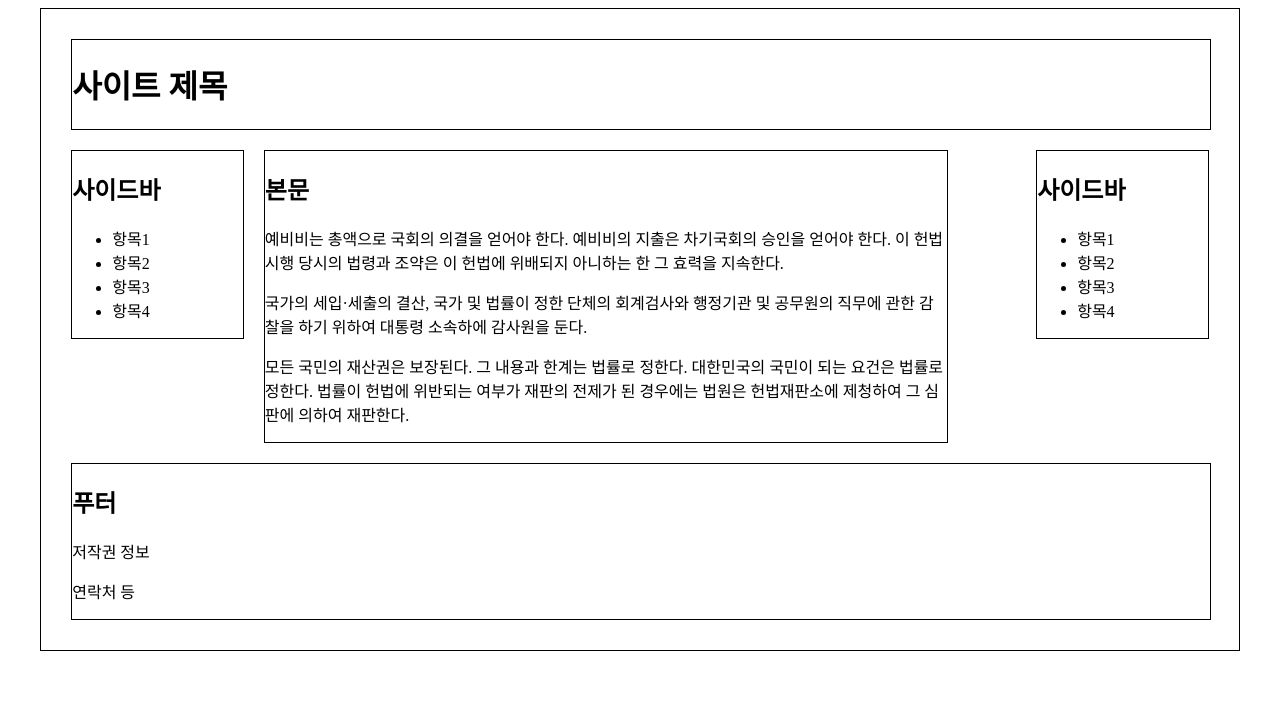
Repository: RyuJelly/java_web
Page: CSS/WebContent/3-layout.html
The author's editor kept a copy of each file at every save. The page is drawn from the files as they stood at one save, then again after the next save.
The browser window is 1280 px wide. The pictures show the whole page.

Above is the page before, as saved 2021-03-08 07:42:08.

After the next save:
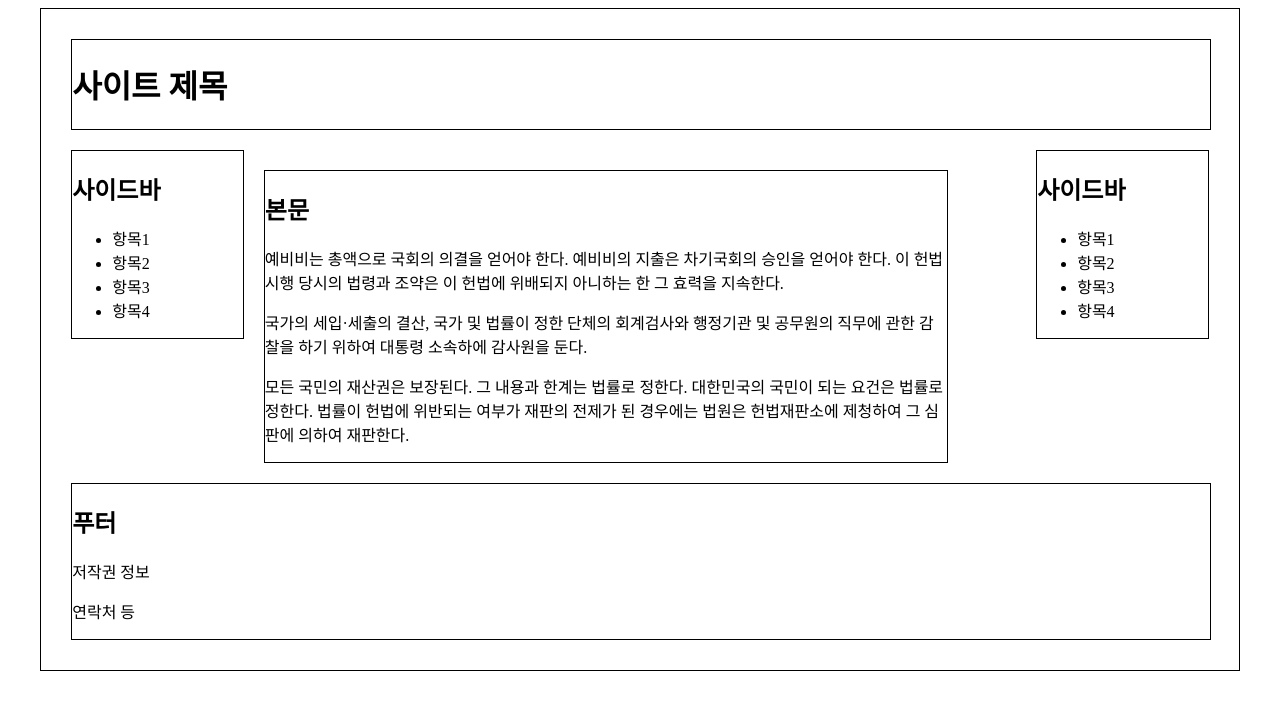
Saved 23 s later.
--- a/CSS/WebContent/3-layout.html
+++ b/CSS/WebContent/3-layout.html
@@ -32,8 +32,7 @@
 				height: 50%;
 				border: 1px solid;
 				float: left;
-				margin-left: 20px;
-				margin-bottom: 20px;
+				margin: 20px;
 			}
 
 			#right-sidebar{

After the save that followed:
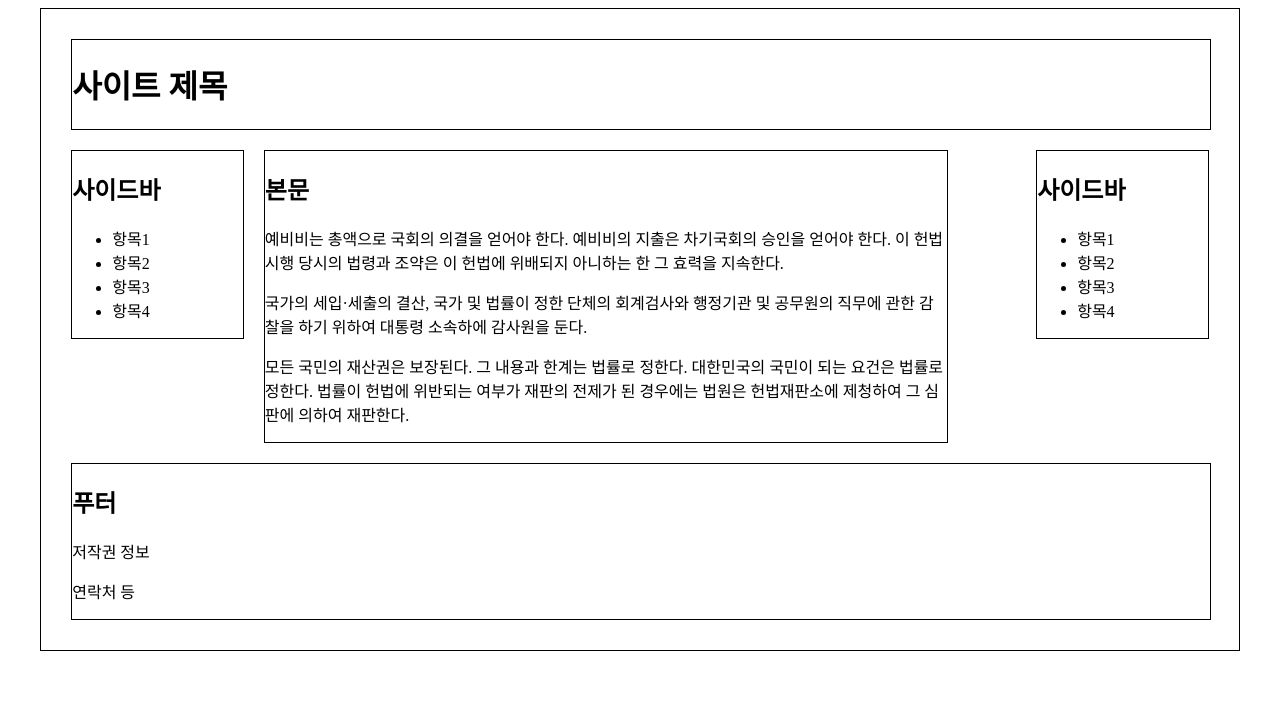
Saved 22 s later.
--- a/CSS/WebContent/3-layout.html
+++ b/CSS/WebContent/3-layout.html
@@ -32,7 +32,7 @@
 				height: 50%;
 				border: 1px solid;
 				float: left;
-				margin: 20px;
+				margin: 0 20px 20px 20px;
 			}
 
 			#right-sidebar{
